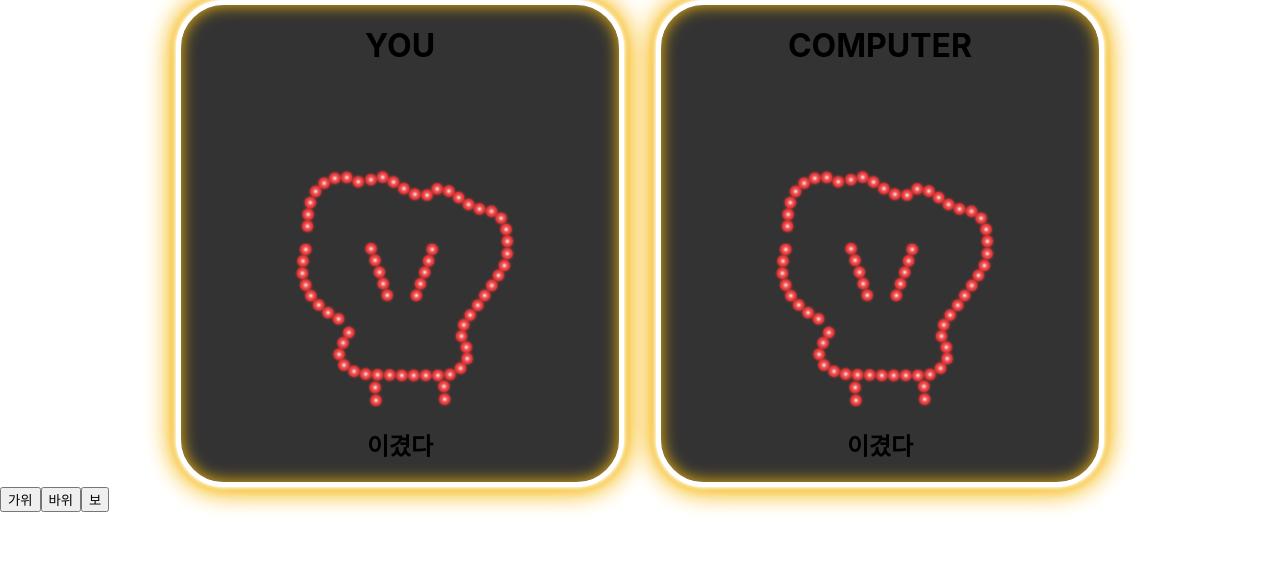
Repository: KIMMIHYE12/classComponent
Page: /
An editor plug-in stored every save of this project. The page is shown before and after the next save, followed by the edit.
The browser window is 1280 px wide. The pictures show the whole page.
The project was rebuilt for these pictures with package versions that can differ from the ones it lists, and the page was loaded fresh each time.

Above is the page before, as saved 2024-03-18 21:00:14.

### src/App.js
import "./App.css";
import { Box } from "./component/Box";

function App() {
  return (
    <div className='content'>
      <div className='game_screen'>
        <Box title='YOU' />
        <Box title='COMPUTER' />
      </div>
      <div>
        <button>가위</button>
        <button>바위</button>
        <button>보</button>
      </div>
    </div>
  );
}

export default App;

### src/App.css
* {
  box-sizing: border-box;
}

.game_screen {
  width: 100%;
  display: flex;
  justify-content: center;
}
.box {
  width: 35%;
  display: flex;
  align-items: center;
  flex-direction: column;
  margin: 0 1em;
  border: 5px solid #fff;
  background: #333;
  border-radius: 3rem;
  box-shadow: 0 0 5px #fff, 0 0 5px #fff, 0 0 28px #f5b70c, 0 0 8px #f5b70c,
    0 0 28px #f5b70c, inset 0 0 16px #f5b70c;
}
img {
  width: 70%;
}

### src/component/Box.js
import React from "react";

export const Box = (props) => {
  console.log(props);
  return (
    <div className='box'>
      <h1>{props.title}</h1>
      <img src='/images/rock.png' />
      <h2>이겼다</h2>
    </div>
  );
};

Loaded but not shown: public/index.html (common file); src/index.js (common file); src/index.css (common file); src/reportWebVitals.js (common file)

After the next save:
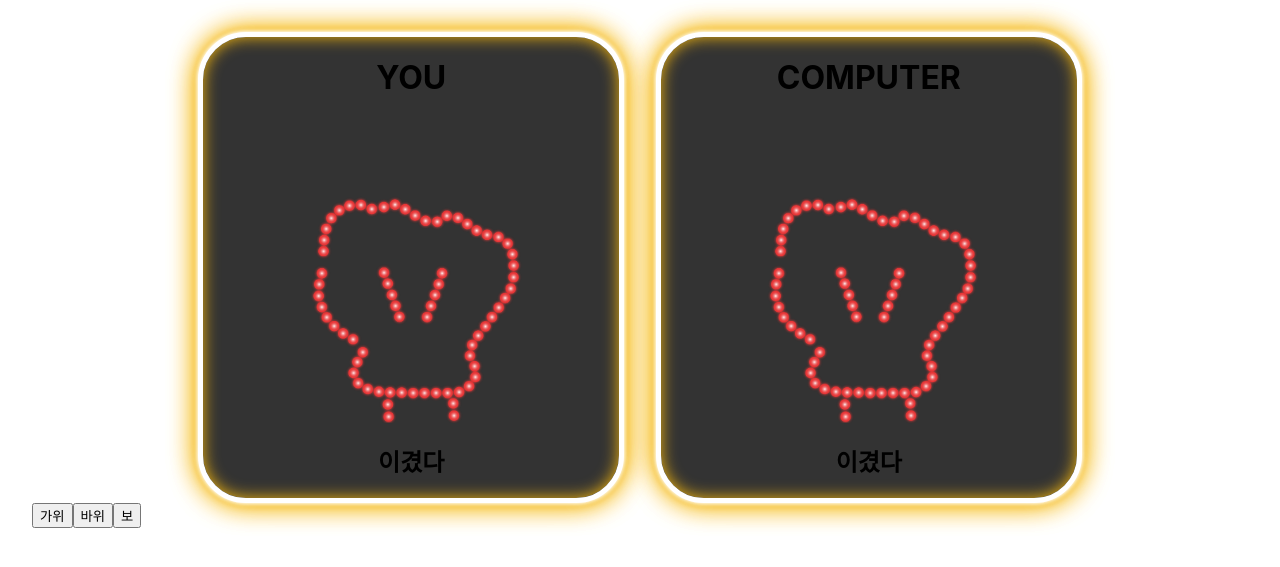
Saved 11 s later.
--- a/src/App.css
+++ b/src/App.css
@@ -2,6 +2,9 @@
   box-sizing: border-box;
 }
 
+.content {
+  padding: 2em;
+}
 .game_screen {
   width: 100%;
   display: flex;
